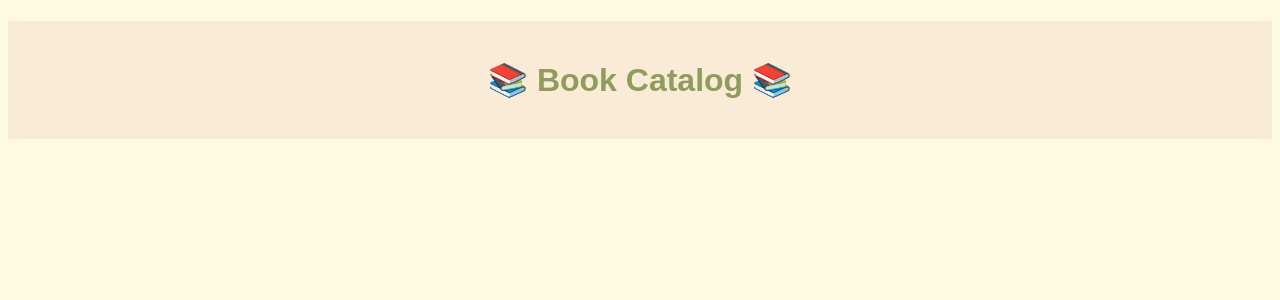
Repository: kaitlynlew/Book-Catalog
Page: /
The author's editor kept a copy of each file at every save. The page is drawn from the files as they stood at one save, then again after the next save.
The browser window is 1280 px wide. The pictures show the whole page.
The project was rebuilt for these pictures with package versions that can differ from the ones it lists, and the page was loaded fresh each time. Also part of the build but not shown: vite.config.js.

Above is the page before, as saved 2025-09-14 00:11:03.

After the next save:
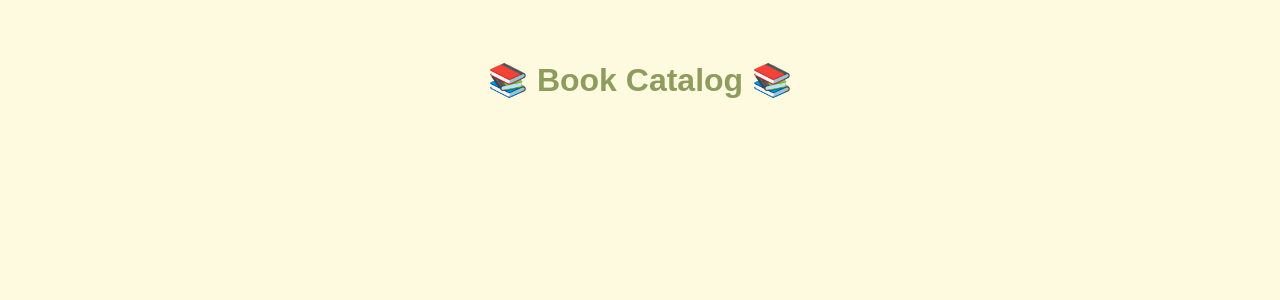
Saved 12 s later.
--- a/src/App.css
+++ b/src/App.css
@@ -7,6 +7,6 @@ body {
 h1 {
   color: #8e9d5d;
   text-align: center;
-  background-color: antiquewhite;
+  background-color: faedcd;
   padding: 40px;
 }
